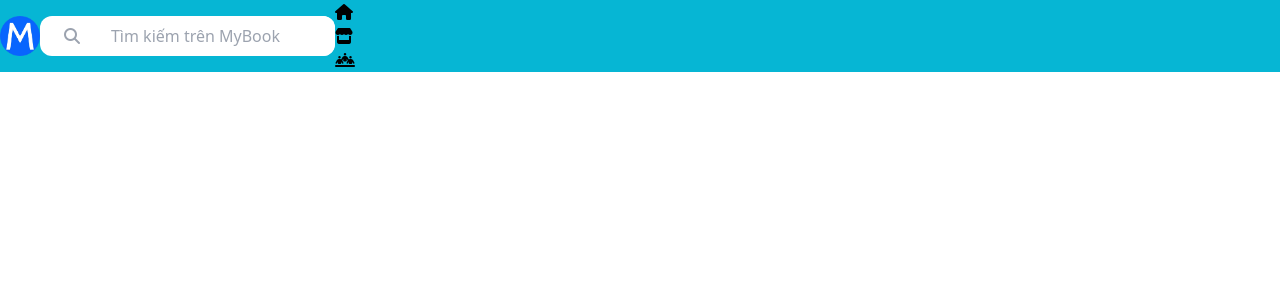
Repository: Yuukicoder/MyBook
Page: / (app in mybook/)
These files come from the project's save history. The page is drawn as it stood at one moment and after the next save; the edit follows.
The browser window is 1280 px wide. The pictures show the whole page.
The project was rebuilt for these pictures with package versions that can differ from the ones it lists, and the page was loaded fresh each time.

Above is the page before, as saved 2023-12-13 12:37:01.

After the next save:
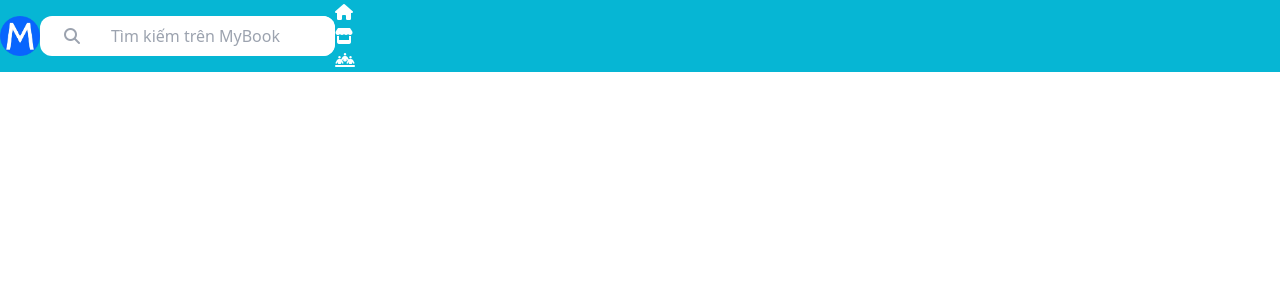
Saved 12 s later.
--- a/mybook/src/App.css
+++ b/mybook/src/App.css
@@ -1,3 +1,3 @@
-.Navbar_option ul li i{
+.Navbar_selection ul li i{
 color: white;
 }
